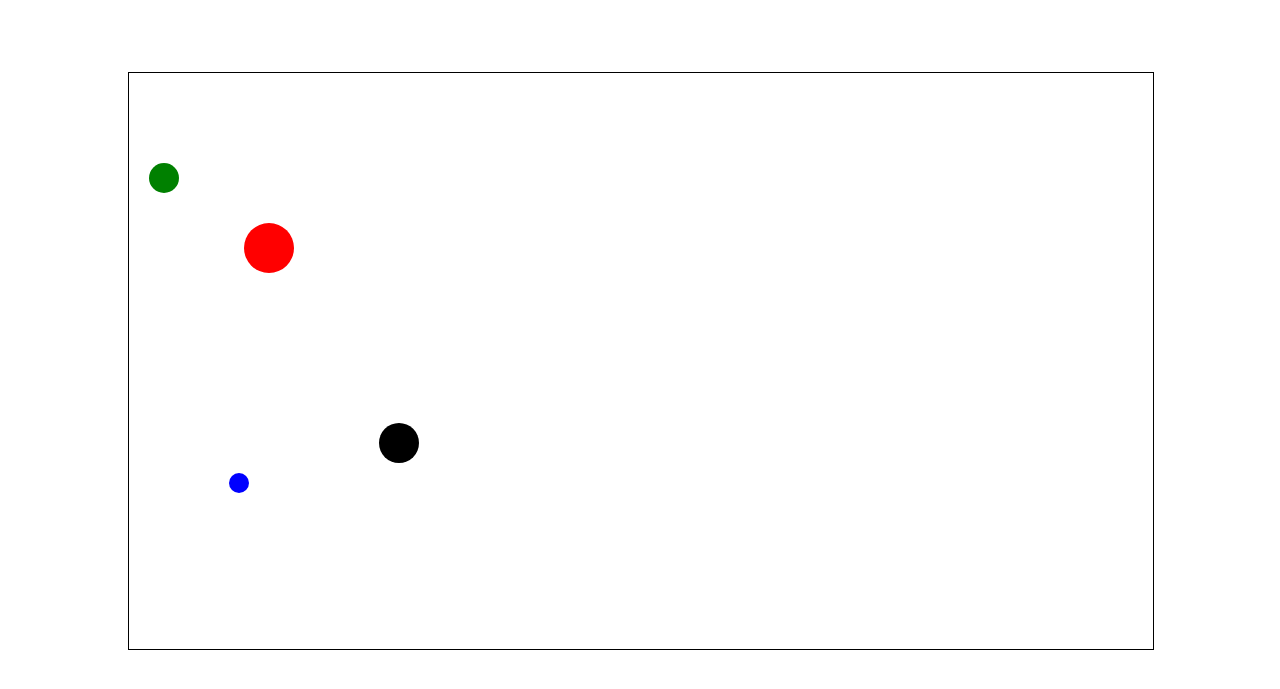
Repository: themoomooo/testgitajout
Page: index.html
These files come from the project's save history. The page is drawn as it stood at one moment and after a run of saves; the edit follows.
The browser window is 1280 px wide. The pictures show the whole page.

Above is the page before, as saved 2023-01-23 16:55:37.

After the next 2 saves:
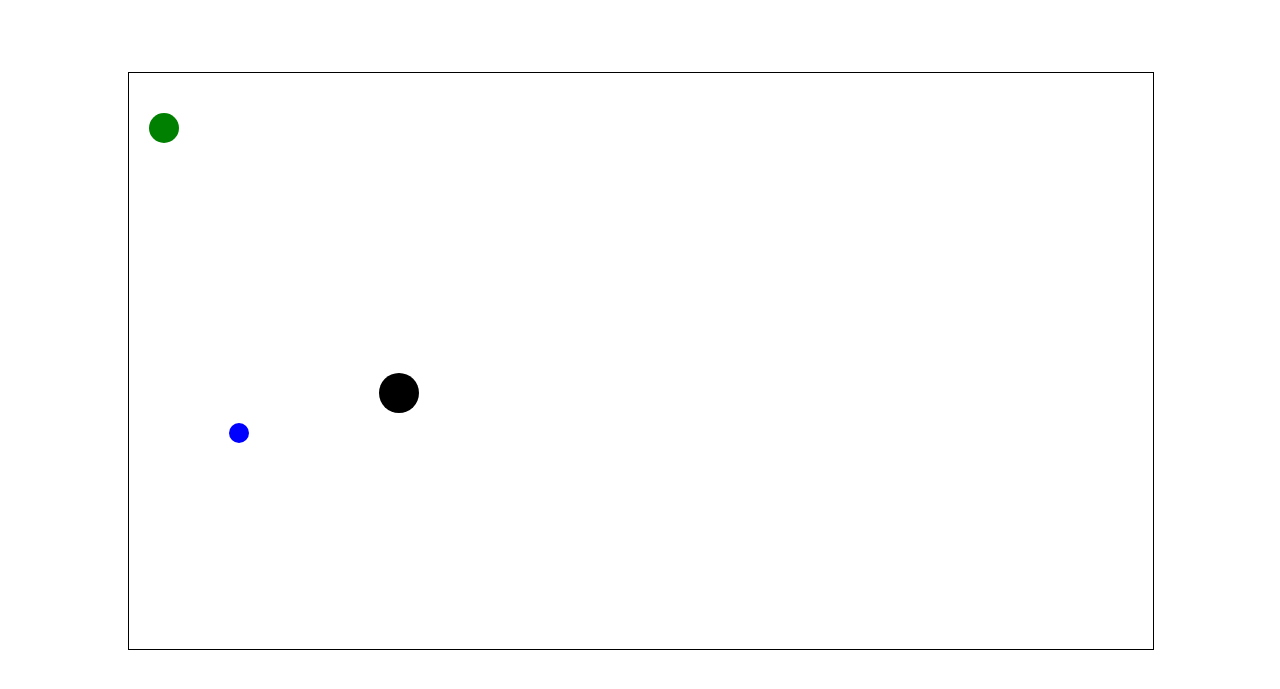
The 2 saves are shown as one change because they came seconds apart.
The last was saved 28 s later.
--- a/main.js
+++ b/main.js
@@ -68,7 +68,7 @@
 
 
 
-const monBallon = new Ball(100,150,50,50,'red',25);
+const monBallon = new Ball(150,50,50,'red',25);
 const monBallon2 = new Ball(100,350,20,20,'blue',10);
 const monBallon3 = new Ball(20,20,30,30,'green',15);
 const monBallon4 = new Ball(250,250,40,40,'black',20);

After the save that followed:
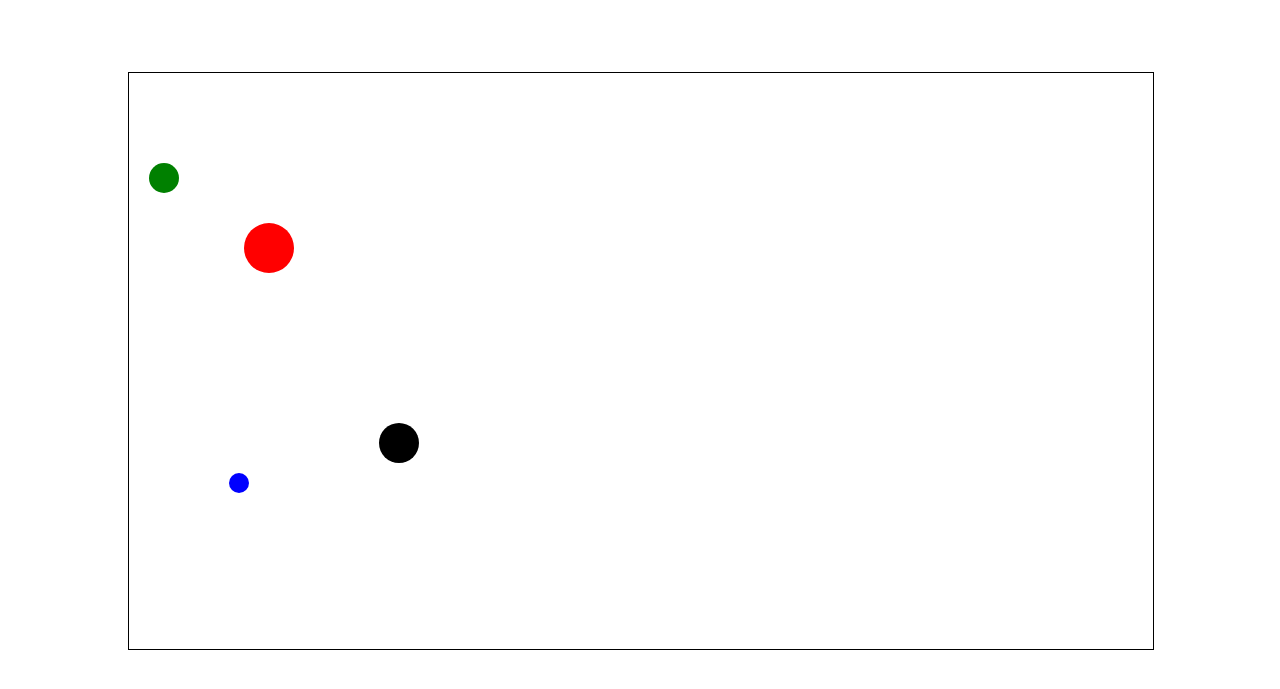
Saved 26 s later.
--- a/main.js
+++ b/main.js
@@ -68,7 +68,7 @@
 
 
 
-const monBallon = new Ball(150,50,50,'red',25);
+const monBallon = new Ball(100,150,50,50,'red',25);
 const monBallon2 = new Ball(100,350,20,20,'blue',10);
 const monBallon3 = new Ball(20,20,30,30,'green',15);
 const monBallon4 = new Ball(250,250,40,40,'black',20);
